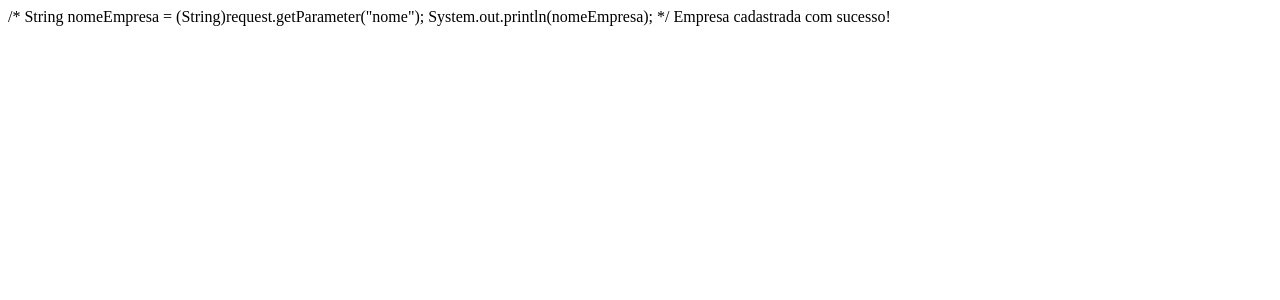
Repository: robsondmf1234/JAVA-EE
Page: http://localhost/gerenciador/novaEmpresa
The author's editor kept a copy of each file at every save. The page is drawn from the files as they stood at one save, then again after the next save.
The browser window is 1280 px wide. The pictures show the whole page.
The page is served by Tomcat 9.

Above is the page before, as saved 2019-06-11 23:27:54.

After the next save:
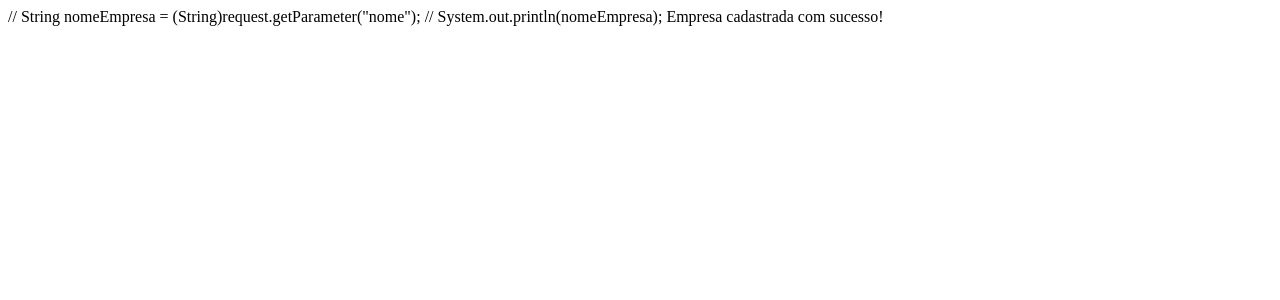
Saved 17 s later.
--- a/gerenciador/WebContent/novaEmpresaCriada.jsp
+++ b/gerenciador/WebContent/novaEmpresaCriada.jsp
@@ -1,7 +1,7 @@
 <!-- JSP Para mostrar o nome da empresa -->
 
-/*  String nomeEmpresa = (String)request.getParameter("nome");
-  	System.out.println(nomeEmpresa); */
+//  String nomeEmpresa = (String)request.getParameter("nome");
+//  	System.out.println(nomeEmpresa);
 
 
 <html><body>
